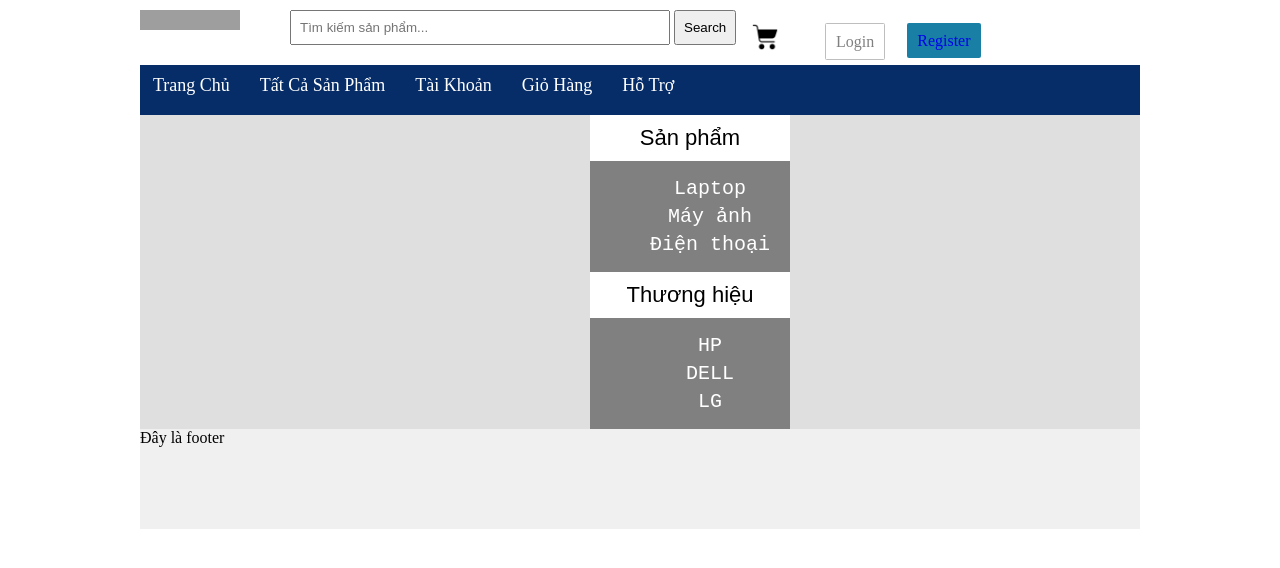
Repository: minhkhuyen1711/hpt
Page: http://localhost/website-ecommerce-php-master/index.php?action=login
An editor plug-in stored every save of this project. The page is shown before and after the next save, followed by the edit.
The browser window is 1280 px wide. The pictures show the whole page.
Pictures or frames that could not be fetched are drawn as grey boxes. The page is run by PHP 8.4 with error messages shown; the project is at /var/www/html/.

Above is the page before, as saved 2021-06-11 17:56:00.

### index.php
<!DOCTYPE html>
<html lang="en" dir="ltr">
  <head>
    <meta charset="utf-8">
    <title>Online Shopping</title>
    <link rel="stylesheet" href="styles/style.css" media="all">
  </head>
  <body>
    <!-- Main container bắt đầu từ đây -->
    <div class="main_wrapper">
     <div class="header_wrapper">
      <div class="header_logo">
         <a href="index.php">
         <img id="logo" src="images/metrixcode100x30.png" width="100px" height="20px">
         </a>
      </div><!--/.header_logo-->
      <div id="form">
      <form method="get" action="results.php" enctype="multipart/form-data">
      <input type="text" name="user_query" placeholder="Tìm kiếm sản phẩm...">
      <input type="submit" name="search" value="Search">
      </form>
      </div>

      <div class="cart">
        <ul>
          <li class="dropdown_header_cart">
            <div id="notification_total_art" class="shopping_cart">
              <img src="images/cart_icon.png" id="cart_image">
            </div>
          </li>
        </ul>
      </div>

      <div class="register_login">
        <div class="login">
          <a href="index.php?action=login">Login</a></div>
          <div class="register"><a href="custommer_register.php">Register</a></div>
      </div>

    </div> <!--/.header_wrapper-->
    <div class="menu_bar">
      <ul id="menu">
        <li><a href="index.php">Trang Chủ</a></li>
        <li><a href="all_product.php">Tất Cả Sản Phẩm</a></li>
        <li><a href="customer/my account.php">Tài Khoản</a></li>
        <li><a href="cart.php">Giỏ Hàng</a></li>
        <li><a href="contact.php">Hỗ Trợ</a></li>
      </ul>
    </div>
      <div class="content_wrapper">
        <div id="sidebar">
          <div id="sidebar_title">Sản phẩm</div>
          <ul id="cats">
            <li><a href="index.php">Laptop</a></li>
            <li><a href="index.php">Máy ảnh</a></li>
            <li><a href="index.php">Điện thoại</a></li>
          </ul>
          <div id="sidebar_title">Thương hiệu</div>
          <ul id="cats">
            <li><a href="index.php">HP</a></li>
            <li><a href="index.php">DELL</a></li>
            <li><a href="index.php">LG</a></li>
          </ul>
        </div>
      </div><!--/.content_wrapper -->
      <div id="footer">
        Đây là footer
      </div>
    </div><!--/.main_wrapper-->
    <!--Kết thúc Main container tại đây-->
  </body>
</html>

### styles/style.css
/* http://meyerweb.com/eric/tools/css/reset/
   v2.0 | 20110126
   License: none (public domain)
*/

/* html, body, div, span, applet, object, iframe,
h1, h2, h3, h4, h5, h6, p, blockquote, pre,
a, abbr, acronym, address, big, cite, code,
del, dfn, em, img, ins, kbd, q, s, samp,
small, strike, strong, sub, sup, tt, var,
b, u, i, center,
dl, dt, dd, ol, ul, li,
fieldset, form, label, legend,
table, caption, tbody, tfoot, thead, tr, th, td,
article, aside, canvas, details, embed,
figure, figcaption, footer, header, hgroup,
menu, nav, output, ruby, section, summary,
time, mark, audio, video {
	margin: 0;
	padding: 0;
	border: 0;
	font-size: 100%;
	font: inherit;
	vertical-align: baseline;
} */

body{
margin-top: 10px;
}

.main_wrapper{
    width: 1000px;
    height: auto;
    margin: auto;
    background: #dfdfdf;
}

.header_wrapper{
    width: 100%;
    height: 55px;
    margin: auto;
    background: white;
}

.header_logo{
    float: left;
    width: 150px;
    padding-top: 10;
}

#form{
    float:left;
    width: 45%;
    margin-top: 10

}

#form input{
    padding: 8px;

}

#form input[type=text]{
    width: 80%;
}

.cart{
    float: left;
    margin: 5px 10px 0px 15px;
    cursor: pointer;
    height: 35px;
    padding-top: 7px;
    position: relative;
    top: 0px;
    right: 20px;
    width: 60px;
    text-align: center;
    z-index: 1000;
}

.cart img{
    width: 30px;
}

.cart ul{
    padding: 0;
    margin: 0;
    list-style: none;
    position: relative;
    width: auto;
    z-index: 1;
}

.register_login{
    float: left;
    width: 150px;
    margin: 10px 0px 0px 30px;
}

.register_login a {
    text-decoration: none;
}

.login{
    position: relative;
    top: 3px;
    float: left;
    right: 30px;
    height: 35px;
    line-height: 35px;
    padding: 0 10px 0 10px;
    margin: 0;
    color: gray;
    cursor: pointer;
    position: relative;
    display: inline;
    border: 0.1px solid rgba(183, 183, 183, 0.9);
    border-radius: 1.5px;
}

.login a {
    color: gray;
}

.register{
    position: relative;
    top: 3px;
    float: left;
    right: 15px;
    height: 35px;
    line-height: 35px;
    padding: 0px 10px 0px 10px;
    margin: 0px 0px 0px 7px;
    color: white;
    cursor: pointer;
    display: inline;
    background: rgba(0, 114, 155, 0.9);
    border: 0.01px;
    border-radius: 2px;
}

.menu_bar{
    width: 1000px;
    height: 50px;
    background: #072d69;
}

.menu_bar a{
    color: white;
}

#menu{
    padding: 0;
    margin: 0;
    line-height: 40px;
    float: left;
}

#menu li{
    list-style: none;
    display: inline;
}

#menu a{
    text-decoration: none;
    padding: 8px;
    margin: 5px;
    font-size: 18px;
}

#menu a:hover{
    color: #33FAFF;
}
.content_wrapper{
    width: 100px;
    margin: auto;
    background: orange;
}

#sidebar{
    width: 200px;
    background: gray;
    float: left;
    height: auto;
}

#sidebar_title{
    background: white;
    color: black;
    font-size: 22px;
    padding: 10px;
    font-family: Arial, Helvetica, sans-serif;
    text-align: center;
}

#cats{
    text-align: center;
}

#cats li{
    list-style: none;
    margin: 5px;
}

#cats a{
    color: white;
    padding: 8px;
    margin: 5px;
    text-align: center;
    font-size: 20px;
    text-decoration: none;
    font-family: 'Courier New', Courier, monospace;
}

#cats a:hover{
    color: #33FAFF;
}

#footer{
    width: 1000px;
    height: 100px;
    background: #f0f0f0;
    clear: both;

}

After the next save:
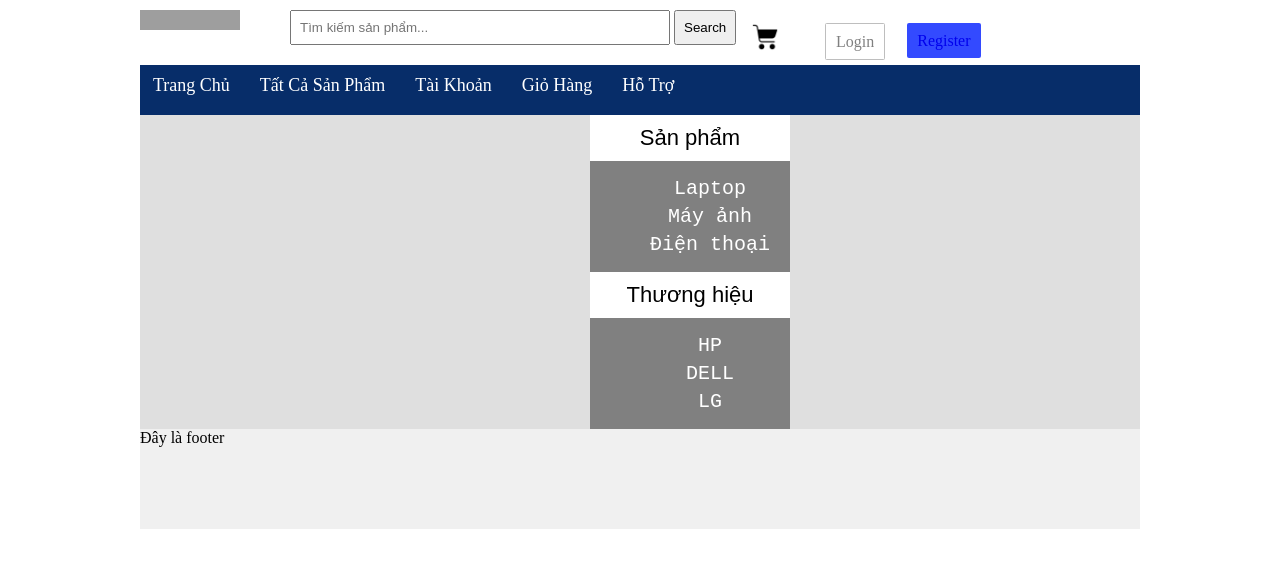
Saved 2 min 20 s later.
--- a/styles/style.css
+++ b/styles/style.css
@@ -134,7 +134,7 @@
     color: white;
     cursor: pointer;
     display: inline;
-    background: rgba(0, 114, 155, 0.9);
+    background: #334AFF;
     border: 0.01px;
     border-radius: 2px;
 }

After the save that followed:
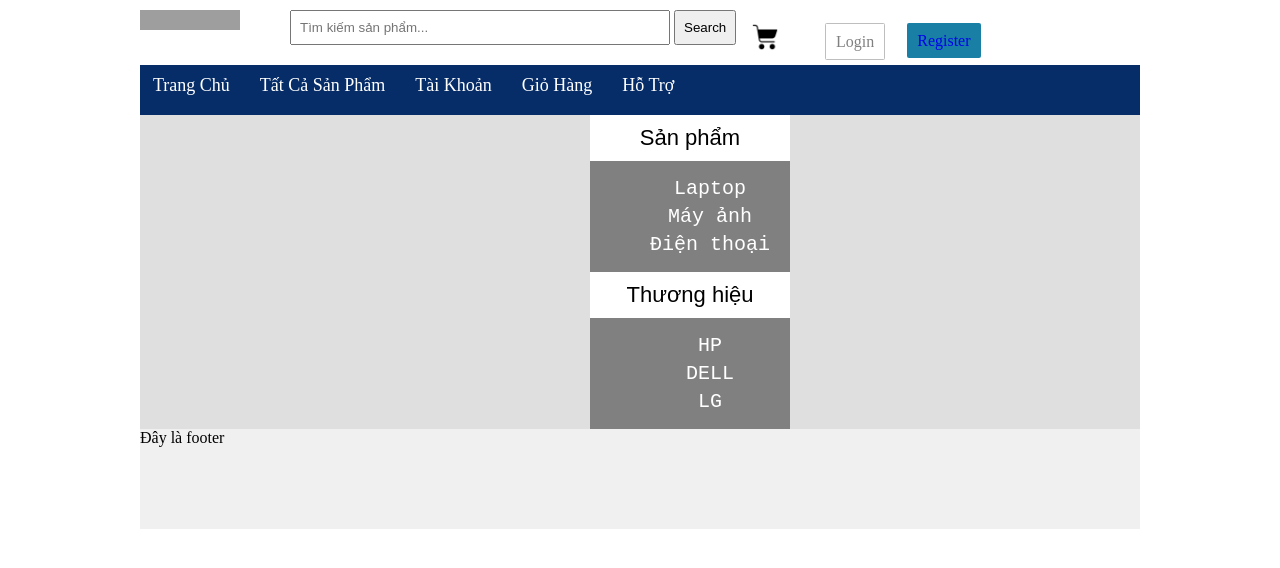
Saved 31 s later.
--- a/styles/style.css
+++ b/styles/style.css
@@ -134,7 +134,7 @@
     color: white;
     cursor: pointer;
     display: inline;
-    background: #334AFF;
+    background: rgba(0, 114, 155, 0.9);
     border: 0.01px;
     border-radius: 2px;
 }
